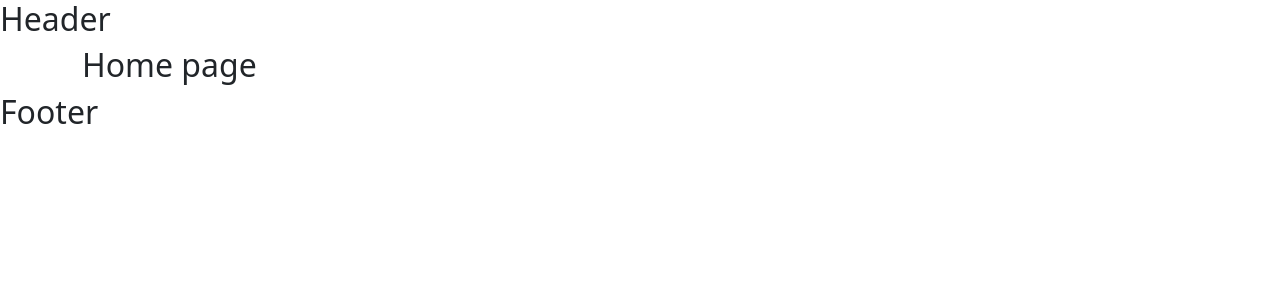
Repository: TanTran3004/portfolio-react
Page: /
These files come from the project's save history. The page is drawn as it stood at one moment and after the next save; the edit follows.
The browser window is 1280 px wide. The pictures show the whole page.
The project was rebuilt for these pictures with package versions that can differ from the ones it lists, and the page was loaded fresh each time. Also part of the build but not shown: src/pages/Result/index.jsx.

Above is the page before, as saved 2022-05-11 16:58:57.

After the next save:
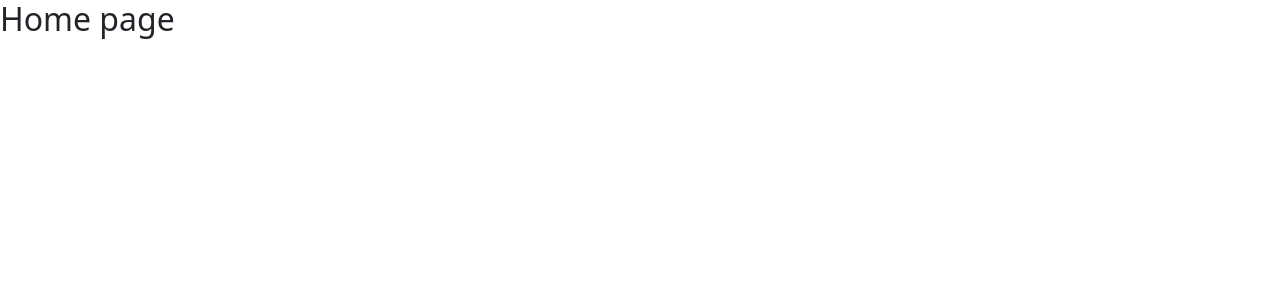
Saved 2 min 14 s later.
--- a/src/App.js
+++ b/src/App.js
@@ -1,3 +1,4 @@
+import { Fragment } from "react";
 import { BrowserRouter as Router, Routes, Route } from "react-router-dom";
 import { publicRoutes } from "./routes";
 import { DefaultLayout } from "./components/Layout";
@@ -7,7 +8,7 @@ function App() {
       <div className="App">
         <Routes>
           {publicRoutes.map((route, index) => {
-            const Layout = route.layout || DefaultLayout;
+            const Layout = route.layout === null ? Fragment : DefaultLayout;
             const Page = route.component;
             return (
               <Route
--- a/src/routes/index.jsx
+++ b/src/routes/index.jsx
@@ -2,7 +2,7 @@ import Home from "../pages/Home";
 import Result from "../pages/Result";
 
 const publicRoutes = [
-  { path: "/", component: Home },
+  { path: "/", component: Home, layout: null },
   { path: "/result", component: Result },
 ];
 
